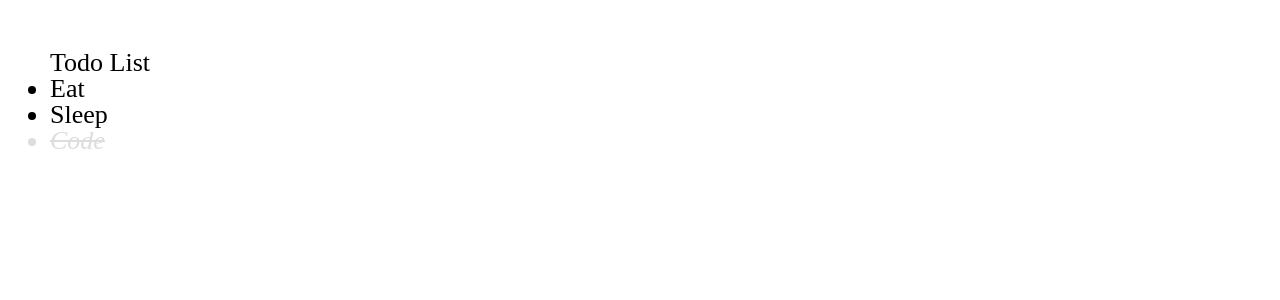
Repository: haiphamdev/shopping-cart
Page: /
The author's editor kept a copy of each file at every save. The page is drawn from the files as they stood at one save, then again after the next save.
The browser window is 1280 px wide. The pictures show the whole page.
The project was rebuilt for these pictures with package versions that can differ from the ones it lists, and the page was loaded fresh each time. Also part of the build but not shown: vite.config.js, src/index.css.

Above is the page before, as saved 2025-02-23 21:36:38.

### src/App.jsx
import './App.scss';
import TodoFeature from './features/Todo';

function App() {
  return (
    <>
      <TodoFeature />
      {/* <AlbumFeature /> */}
    </>
  );
}

export default App;

### src/App.scss
*,
*:before,
*:after {
  box-sizing: border-box;
}
* {
  margin: 0;
  padding: 0;
  font: inherit;
}
img,
picture,
svg,
video {
  display: block;
  max-width: 100%;
}
input,
select,
textarea {
  background-color: transparent;
  outline: none;
}
button {
  cursor: pointer;
  background-color: transparent;
  outline: none;
  border: 0;
}
body {
  min-height: 100vh;
  font-weight: 400;
  font-size: 26px;
  line-height: 1;
  padding: 50px;
}

### src/features/Todo/index.jsx
import 'react';
import TodoList from './components/TodoList';
import { useState } from 'react';

TodoFeature.propTypes = {};

function TodoFeature() {
  const initialTodoList = [
    {
      id: 1,
      title: 'Eat',
      status: 'new',
    },
    {
      id: 2,
      title: 'Sleep',
      status: 'new',
    },
    {
      id: 3,
      title: 'Code',
      status: 'completed',
    },
  ];

  const [todoList, setTodoList] = useState(initialTodoList);

  function handleTodoClick(todo, index) {
    // console.log(todo, index);
    const newTodoList = [...todoList];
    newTodoList[index] = {
      ...newTodoList[index],
      status: newTodoList[index].status === 'completed' ? 'new' : 'completed',
    };

    setTodoList(newTodoList);
  }

  return (
    <div>
      <h1>Todo List</h1>
      <TodoList todoList={todoList} onTodoClick={handleTodoClick} />
    </div>
  );
}

export default TodoFeature;

### src/features/Todo/components/TodoList/index.jsx
import PropTypes from 'prop-types';
// eslint-disable-next-line no-unused-vars
import React from 'react';
import './style.scss';
import classnames from 'classnames';

TodoList.propTypes = {
  todoList: PropTypes.array,
  onTodoClick: PropTypes.func,
};

TodoList.defaultProps = {
  todoList: [],
  onTodoClick: null,
};

function TodoList({ todoList, onTodoClick }) {
  function handleClick(todo, idx) {
    if (!onTodoClick) return;

    onTodoClick(todo, idx);
  }

  return (
    <ul className='todo-list'>
      {todoList.map((item, idx) => (
        <li
          key={item.id}
          className={classnames({
            completed: item.status === 'completed',
          })}
          onClick={() => handleClick(item, idx)}
        >
          {item.title}
        </li>
      ))}
    </ul>
  );
}

export default TodoList;

### src/features/Todo/components/TodoList/style.scss
.todo-list {
  & > li {
    cursor: pointer;
  }

  & > li.completed {
    font-style: italic;
    color: #ddd;
    text-decoration: line-through;
  }
}

Loaded but not shown: index.html (common file); src/main.jsx (common file)

After the next save:
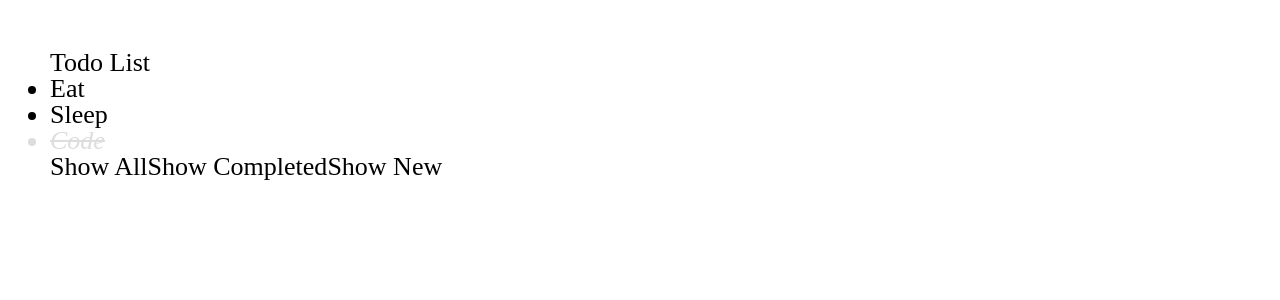
Saved 3 min 13 s later.
--- a/src/features/Todo/index.jsx
+++ b/src/features/Todo/index.jsx
@@ -40,6 +40,12 @@
     <div>
       <h1>Todo List</h1>
       <TodoList todoList={todoList} onTodoClick={handleTodoClick} />
+
+      <div>
+        <button>Show All</button>
+        <button>Show Completed</button>
+        <button>Show New</button>
+      </div>
     </div>
   );
 }
